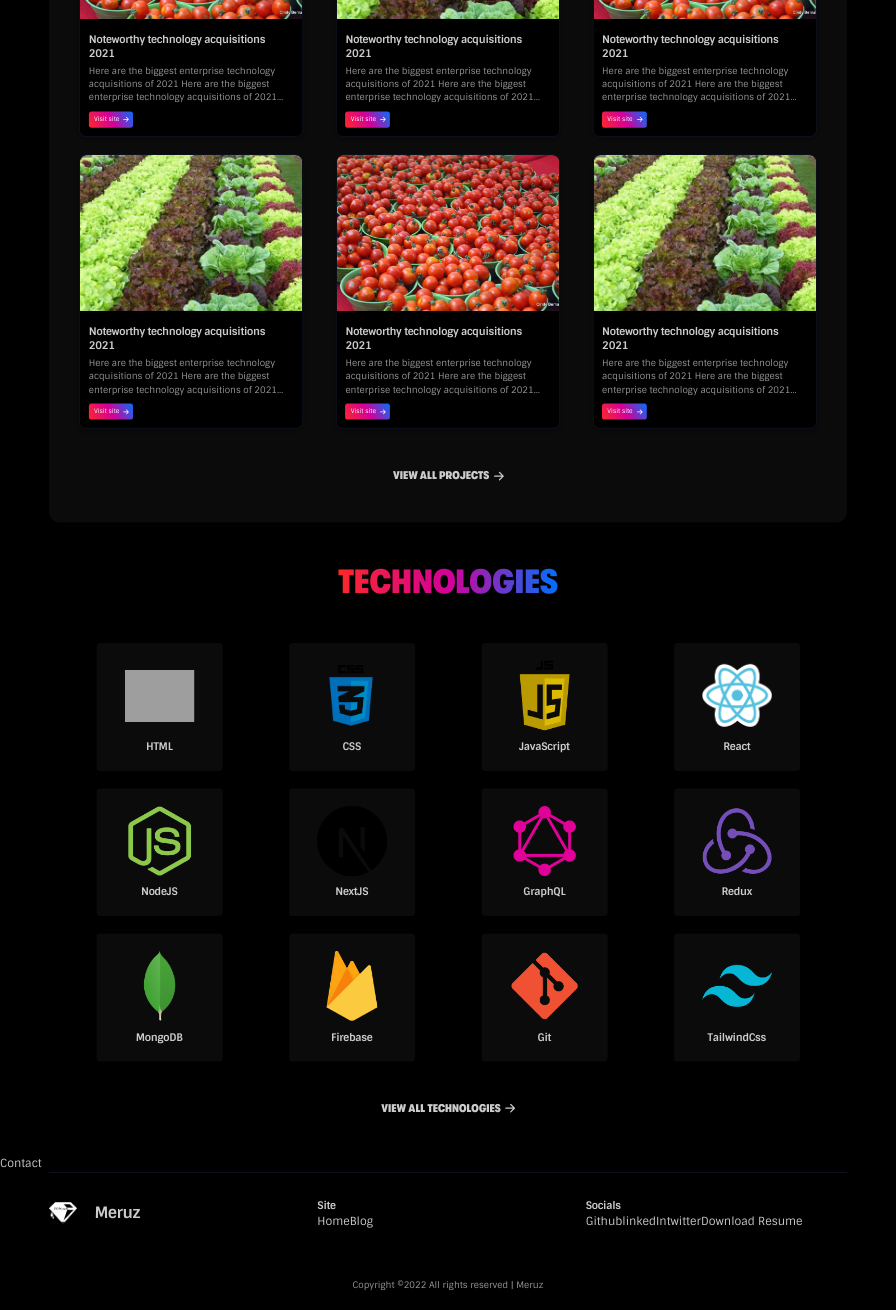
Repository: Ehceyn/ChimeruzeePortfolio
Page: /
An editor plug-in stored every save of this project. The page is shown before and after the next save, followed by the edit.
The browser window is 1280 px wide. The pictures show the part of the page from y = 1139 to 3059 px (the page is 3010 px tall before and 3059 px after), at 70% of full size.
Pictures or frames that could not be fetched are drawn as grey boxes. The project was rebuilt for these pictures with package versions that can differ from the ones it lists, and the page was loaded fresh each time. The framework's server and built-in components were replaced by stand-ins that run in the browser. Also part of the build but not shown: next.config.js, src/components/Timeline/Timeline.js, src/components/Accomplishments/Accomplishments.js.

Above is the page before, as saved 2022-07-05 16:06:52.

After the next save:
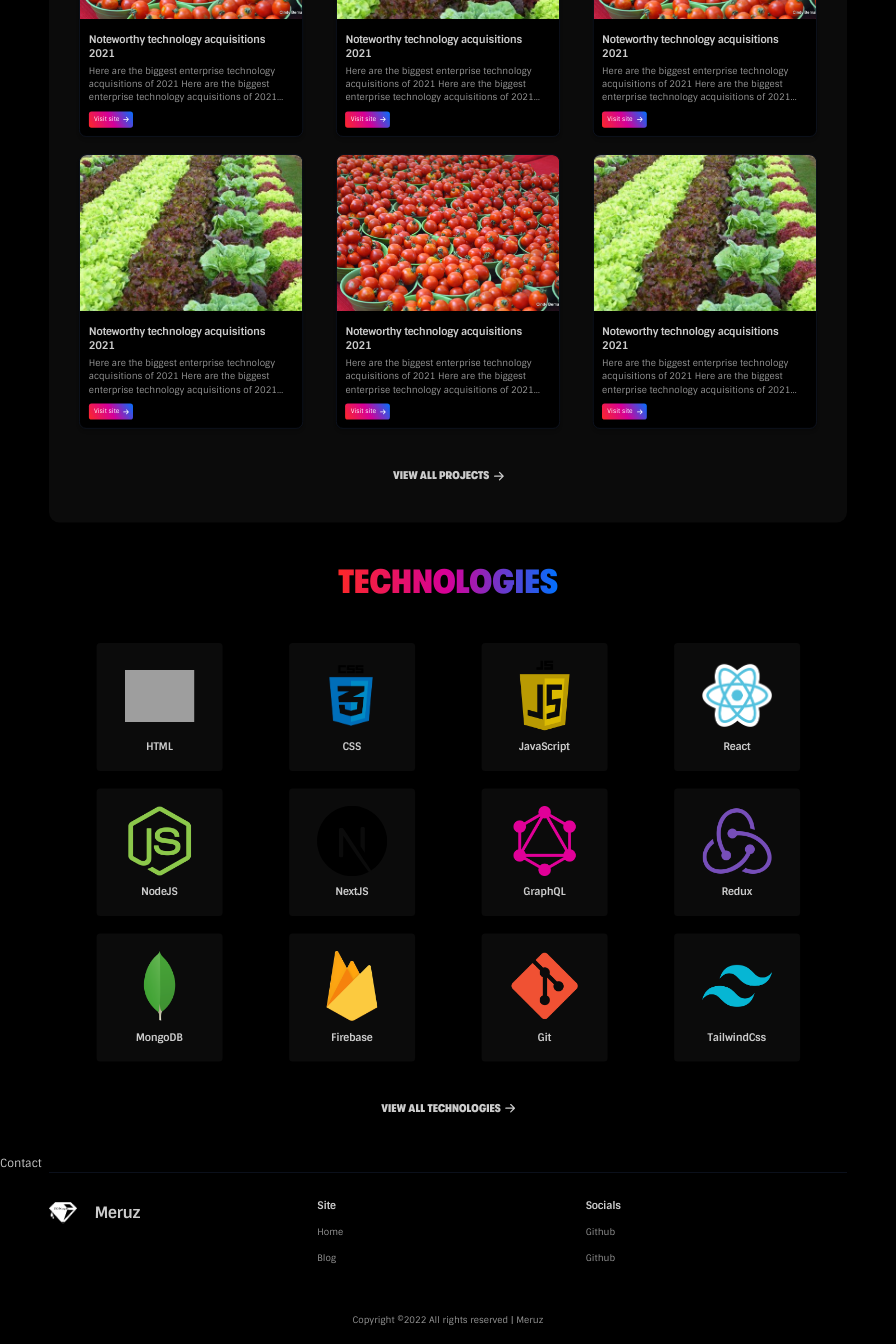
Saved 112 s later.
--- a/src/components/Footer/Footer.js
+++ b/src/components/Footer/Footer.js
@@ -24,29 +24,23 @@
           <h4 className="mt-5  text-2xl font-bold tracking-tight capitalize">
             Site
           </h4>
-          <a className="cursor-pointer hover:underline capitalize hover:underline-offset-1 w-fit">
+          <p className="cursor-pointer hover:underline capitalize hover:underline-offset-1 w-fit">
             Home
-          </a>
-          <a className="cursor-pointer hover:underline capitalize hover:underline-offset-1 w-fit">
+          </p>
+          <p className="cursor-pointer hover:underline capitalize hover:underline-offset-1 w-fit">
             Blog
-          </a>
+          </p>
         </article>
         <article className="space-y-7">
           <h4 className="mt-5  text-2xl font-bold tracking-tight capitalize">
             Socials
           </h4>
-          <a className="cursor-pointer hover:underline capitalize hover:underline-offset-1 w-fit">
+          <p className="cursor-pointer hover:underline capitalize hover:underline-offset-1 w-fit">
             github
-          </a>
-          <a className="cursor-pointer hover:underline capitalize hover:underline-offset-1 w-fit">
-            linkedIn
-          </a>
-          <a className="cursor-pointer hover:underline capitalize hover:underline-offset-1 w-fit">
-            twitter
-          </a>
-          <a className="cursor-pointer hover:underline capitalize hover:underline-offset-1 w-fit">
-            Download Resume
-          </a>
+          </p>
+          <p className="cursor-pointer hover:underline capitalize hover:underline-offset-1 w-fit">
+            github
+          </p>
         </article>
       </div>
       <div className="w-full flex bg-secondary-darker h-[10vh] bottom-0 text-[#666666] justify-center items-center">
